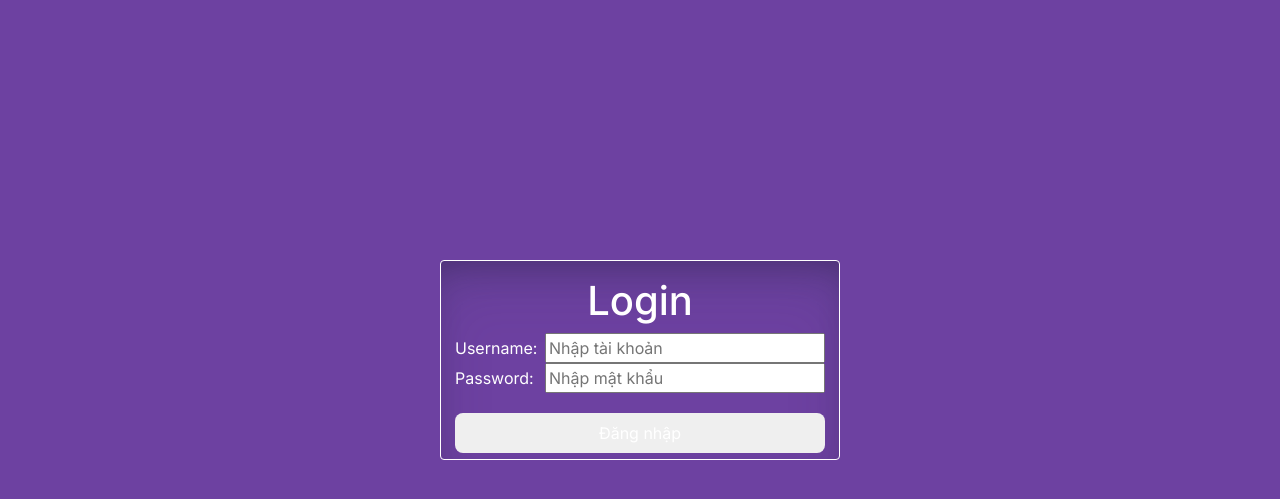
Repository: nghiakma/RFID-RFID-Attendance-System-using-ESP32-Nodejs-Reactjs-Nextjs-
Page: / (app in attendance/)
The author's editor kept a copy of each file at every save. The page is drawn from the files as they stood at one save, then again after the next save.
The browser window is 1280 px wide. The pictures show the whole page.
The page's requests for data from a server got no answer. The project was rebuilt for these pictures with package versions that can differ from the ones it lists, and the page was loaded fresh each time. The framework's server and built-in components were replaced by stand-ins that run in the browser. No one was signed in, and anything a server would have sent is missing. Also part of the build but not shown: attendance/next.config.js, attendance/src/styles/home-page.module.css, attendance/src/styles/tab-home.module.css, attendance/src/pages/api/convert-time.js, attendance/src/pages/api/networking.js, attendance/src/pages/tab-home.js, attendance/src/styles/tab-history.module.css, attendance/src/pages/tab-history.js and 6 more.

Above is the page before, as saved 2023-12-21 15:08:56.

After the next save:
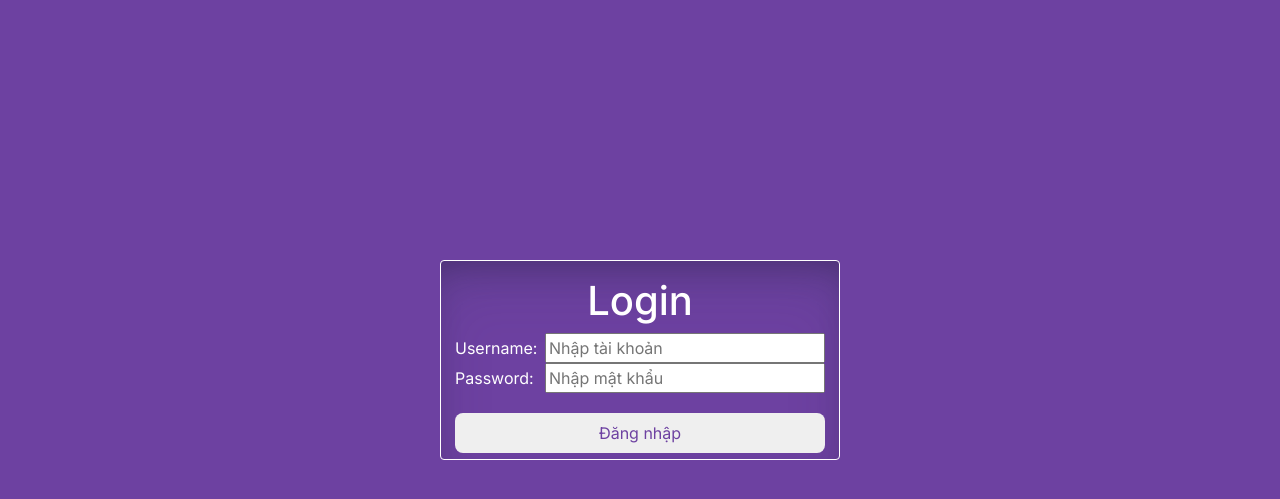
Saved 37 s later.
--- a/attendance/src/pages/login-page.js
+++ b/attendance/src/pages/login-page.js
@@ -43,7 +43,7 @@ const Login = () => {
                         <div style={{display: 'flex', height: '60px'}}>
                             <button style={{
                                 width: '100%', border: 'none', padding: '8px 10px',
-                                marginTop: 'auto', borderRadius: '8px', color: 'white',
+                                marginTop: 'auto', borderRadius: '8px', color: '#6d41a1',
 
                             }}>
                                 Đăng nhập
